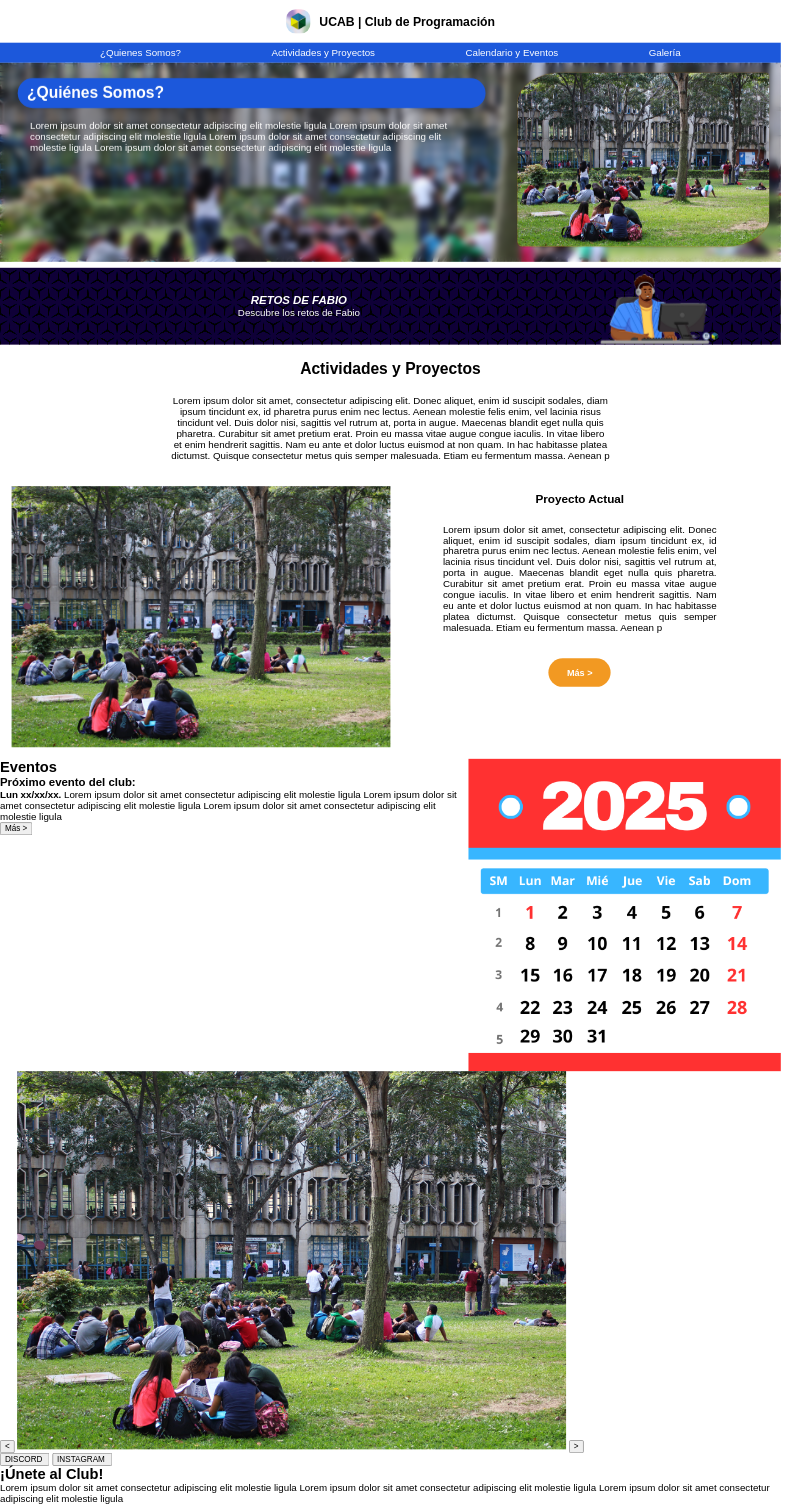
Repository: LuisR404/LandingPage
Page: Pages/QuienesSomos.html
These files come from the project's save history. The page is drawn as it stood at one moment and after the next save; the edit follows.
The browser window is 1280 px wide. The page is 1280 px wide, then 1318 px, so the pictures cover 1318 px, including what lies to the right of the window. The pictures show the whole page, at 61% of full size.

Above is the page before, as saved 2025-11-10 14:11:54.

### Pages/QuienesSomos.html
<!DOCTYPE html>
<html lang="es">
<head>
    <meta charset="UTF-8">
    <meta name="viewport" content="width=device-width, initial-scale=1.0">
    <link rel="stylesheet" href="../Styles/CommonStyles.css">   <!-- ESTILOS GENERALES -->
    <link rel="stylesheet" href="../Styles/QuienesSomos.css">   <!-- ESTILOS DE LA PÁGINA -->
    <title>Quienes Somos</title>
</head>

<body>
    <!-- TITULO -->
    <section class="header">
        <img src="../resources/club_icon.jpg" alt="" id="header-logo">
        <h1>UCAB | Club de Programación</h1>
    </section>

    <!-- NAV BAR -->
    <nav class="header-nav">
        <ul>
            <li><a href="./QuienesSomos.html">¿Quienes Somos?</a></li>
            <li><a href="./ActividadesYProyectos.html">Actividades y Proyectos</a></li>
            <li><a href="./CalendarioYEventos.html">Calendario y Eventos</a></li>
            <li><a href="./Galeria.html">Galería</a></li>
        </ul>
    </nav>

    <!-- QUIENES SOMOS -->
    <section class="quienes-somos">
        <div class="container">
            <div id="quienes-somos-text">
                <h2>¿Quiénes Somos?</h2>
                <p>
                    Lorem ipsum dolor sit amet consectetur adipiscing elit molestie ligula
                    Lorem ipsum dolor sit amet consectetur adipiscing elit molestie ligula
                    Lorem ipsum dolor sit amet consectetur adipiscing elit molestie ligula
                    Lorem ipsum dolor sit amet consectetur adipiscing elit molestie ligula
                </p>
            </div>

            <div id="quienes-somos-img">
                <img src="../resources/test_img.jpg" alt="">
            </div>
        </div>
    </section>

    <!-- RETOS DE FABIO -->
    <section class="retos-fabio">
        <div>
            <h3><i>RETOS DE FABIO</i></h3>
            <p>Descubre los retos de Fabio</p>
        </div>

        <img src="../resources/fabio.png" alt="">
    </section>

    <!-- ACTIVIDADES Y PROYECTOS -->
    <section class="actividades-proyectos">
        <h2>Actividades y Proyectos</h2>

        <p>
            Lorem ipsum dolor sit amet, consectetur adipiscing elit. Donec aliquet,
            enim id suscipit sodales, diam ipsum tincidunt ex, id pharetra purus enim nec lectus.
            Aenean molestie felis enim, vel lacinia risus tincidunt vel. Duis dolor nisi, sagittis
            vel rutrum at, porta in augue. Maecenas blandit eget nulla quis pharetra. Curabitur sit amet pretium erat.
            Proin eu massa vitae augue congue iaculis. In vitae libero et enim hendrerit sagittis.
            Nam eu ante et dolor luctus euismod at non quam. In hac habitasse platea dictumst.
            Quisque consectetur metus quis semper malesuada. Etiam eu fermentum massa. Aenean p
        </p>

        <div class="proyecto">
            <img src="../resources/test_img.jpg" alt="">

            <div>

                <h3>Proyecto Actual</h3>

                <p>
                    Lorem ipsum dolor sit amet, consectetur adipiscing elit. Donec aliquet,
                    enim id suscipit sodales, diam ipsum tincidunt ex, id pharetra purus enim nec lectus.
                    Aenean molestie felis enim, vel lacinia risus tincidunt vel. Duis dolor nisi, sagittis
                    vel rutrum at, porta in augue. Maecenas blandit eget nulla quis pharetra. Curabitur sit amet pretium erat.
                    Proin eu massa vitae augue congue iaculis. In vitae libero et enim hendrerit sagittis.
                    Nam eu ante et dolor luctus euismod at non quam. In hac habitasse platea dictumst.
                    Quisque consectetur metus quis semper malesuada. Etiam eu fermentum massa. Aenean p
                </p>

                <button>Más ></button>
            </div>
        </div>
    </section>

    <!-- EVENTOS -->
    <section class="eventos">
        <div>

            <h2>Eventos</h2>

            <h3>Próximo evento del club:</h3>

            <p>
                <b>Lun xx/xx/xx.</b>
                Lorem ipsum dolor sit amet consectetur adipiscing elit molestie ligula
                Lorem ipsum dolor sit amet consectetur adipiscing elit molestie ligula
                Lorem ipsum dolor sit amet consectetur adipiscing elit molestie ligula
            </p>

            <button>Más ></button>

        </div>

        <img src="../resources/calendario_test_img.png" alt="">
    </section>

    <!-- CARRUSEL -->
    <section>
        <button><</button>

        <img src="../resources/test_img.jpg" alt="">

        <button>></button>
    </section>

    <!-- UNETE -->
    <section>
        <div>
            <button>DISCORD <img src="" alt=""></button>
            <button>INSTAGRAM <img src="" alt=""></button>
        </div>

        <div>
            <h2>¡Únete al Club!</h2>

            <p>
                Lorem ipsum dolor sit amet consectetur adipiscing elit molestie ligula
                Lorem ipsum dolor sit amet consectetur adipiscing elit molestie ligula
                Lorem ipsum dolor sit amet consectetur adipiscing elit molestie ligula
            </p>
        </div>
    </section>

</body>
</html>

### Styles/CommonStyles.css
/* ============ ESTILOS DE PAGINA ============ */
* {
    font-family: Arial, Helvetica, sans-serif;
    margin: 0;
}

img {
    max-width: 100% ;
}

/* ============ HEADER ============ */
.header {
    display: flex;
    justify-content: center;
    align-items: center;

    padding-top: 15px;
    padding-bottom: 15px;
}

.header h1 {  /* ------> titulo */
    font-size: clamp(17px, 4vw, 20px);
    white-space: nowrap;

    margin-left: 15px;
}

#header-logo {  /* ------> logo */
    width: clamp(32px, 7vw, 40px);
    height: clamp(32px, 7vw, 40px);

    border-radius: 40%;
}

/* ========== NAV BAR ========== */
.header-nav {
    display: flex;
    justify-content: center;

    padding-top: 7.5px;
    padding-bottom: 7.5px;


    background-color: #1C58DB;
}

.header-nav ul {  /* ------> lista */
    display: flex;
    flex-direction: row;
    justify-content: space-around;

    width: 1100px;

    padding: 0;

    list-style: none;
}

.header-nav ul li a {  /* ------> links */
    text-decoration: none;
    color: white;
}

### Styles/QuienesSomos.css
/* =========== QUIENES SOMOS =========== */

.quienes-somos {
    display: flex;
    justify-content: center;

    width: 100%;

    background-image: url(../resources//test_img.jpg);
    background-position: center;
    background-size: 100%;
    background-color: grey
}

.quienes-somos .container {
    display: grid;
    grid-template-rows: 1fr;
    grid-template-columns: 2fr 1fr;

    width: 100%;

    padding-top: clamp(5px, 1.2vw, 25px);
    padding-bottom: clamp(10px, 1.5vw, 30px);
    padding-left: clamp(2px, 1.5vw, 30px);
    padding-right: clamp(2px, 1.5vw, 30px);

    backdrop-filter: blur(5px);
}

/* -----------> texto <----------- */

#quienes-somos-text {  /* ----------> contenedor */
    display: flex;
    flex-direction: column;

    padding: 10px 4vw 10px 10px;
}


#quienes-somos-text h2 { /* ----------> subtitulo */
    font-size: clamp(20px, 2vw, 30px);
    font-weight: 800;
    white-space: nowrap;
    color: white;

    padding: 10px 15px 10px 15px;
    margin-bottom: 20px;

    border-radius: 30px;

    background-color: #1C58DB;
}

#quienes-somos-text p { /* ----------> parrafo */
    font-size: auto;
    color: white;

    justify-content: center;

    padding: 0px 20px;
}

/* -----------> imagen <----------- */

#quienes-somos-img { /* ----------> contenedor */
    width: 100%;
    height: auto;

    align-content: center;

    overflow: hidden;
}

#quienes-somos-img img{  /* ----------> imagen */
    width: 100%;
    height: auto;

    border: 1px solid   rgba(0, 0, 0, 0.2);
    border-radius: 18% 10px 18% 10px;

    background-color: rgba(255, 162, 0, 0.258);

    aspect-ratio: auto;
    object-fit: cover;
}

/* -----------> media queries <----------- */

@media (max-width: 600px) {

    .quienes-somos .container {
        grid-template-columns: 1fr; /* ------> ajusta la disposicion del grid */
    }

    #quienes-somos-img {
        display: none; /* --------> invisibiliza la imagen */
    }
}


/* =========== RETOS DE FABIO =========== */

.retos-fabio {
    display: grid;
    grid-template-columns: 1fr 300px;

    text-wrap: nowrap;

    margin-top: 10px;

    background-color: rgb(20, 0, 67);
    background-image: url('../resources/textura.jpg');
    background-size:15vw;
    background-blend-mode:color-burn;
}

/* -----------> texto <----------- */
.retos-fabio div {
    text-align: center;
    align-self: center;
    color: white;
    width: 100%;
}

/* -----------> imagen <----------- */
.retos-fabio img {
    justify-self: end;

    max-width: 200px;
    height: auto;

    margin-right: 100px;
    margin-top: 10px;
}

/* -----------> efecto hover <----------- */
.retos-fabio:hover {
    cursor: pointer;
}

/* -----------> media queries <----------- */

@media (max-width: 600px) {
    .retos-fabio {  /* ----------> ajusta la disposicion del grid */
        grid-template-columns: 1fr;
    }

    .retos-fabio img {  /* ----------> desaparece la imagen */
        display: none;
    }

    .retos-fabio div {  /* ----------> ajusta el texto y el margen */
        font-size: 12px;

        padding: 10px;
    }
}


/* =========== ACTIVIDADES Y PROYECTOS =========== */

.actividades-proyectos {
    display: flex;
    flex-direction: column;

    padding-top: clamp(5px, 1.2vw, 25px);
    padding-bottom: clamp(10px, 1.5vw, 30px);
    padding-left: clamp(2px, 1.5vw, 30px);
    padding-right: clamp(2px, 1.5vw, 30px);

}

.actividades-proyectos h2 {  /* ----------> subtitulo */
    font-size: clamp(20px, 2vw, 30px);
    font-weight: 800;
    text-align: center;
    white-space: nowrap;

    padding: 10px 15px 10px 15px;
    margin-bottom: 20px;
}

.actividades-proyectos p {  /* ----------> parrafo */
    text-align: center;
    text-wrap: balance;

    align-self: center;

    max-width: 60%;

    margin-bottom: 40px;
}

/* -----------> proyecto <----------- */

.proyecto {
    display: grid;
    grid-template-rows: 1fr;
    grid-template-columns: 1fr 1fr;
}

/* ----------->> imagen <<----------- */

.proyecto img {
    justify-self: right;
}

/* ----------->> texto <<----------- */

.proyecto div {  /* ----------> contenedor */
    display: flex;
    flex-direction: column;
    justify-self: left;

    padding-left: 30px;
    padding-right: 30px;
}

.proyecto div h3 {  /* ----------> subtitulo */
    font-size: clamp(15px, 1.5vw, 25px);
    font-weight: 800;
    text-align: center;
    white-space: nowrap;

    padding: 10px 15px 10px 15px;
    margin-bottom: 20px;
}

.proyecto div p {  /* ----------> parrafo */
    text-align: justify;
    hyphenate-limit-chars: 2;
    text-wrap: balance;

    align-self: center;

    max-width: 80%;

    margin-bottom: 40px;
}

.proyecto div button {  /* ----------> boton mas */
    font-size: 15px;
    font-weight: 800;
    color: white;

    align-self: center;

    width: fit-content;

    padding: 15px 30px;

    border: none;
    border-radius: 25px;
    background-color: #F29922;
}

/* =========== EVENTOS =========== */

.eventos {
    display: flex;
}

After the next save:
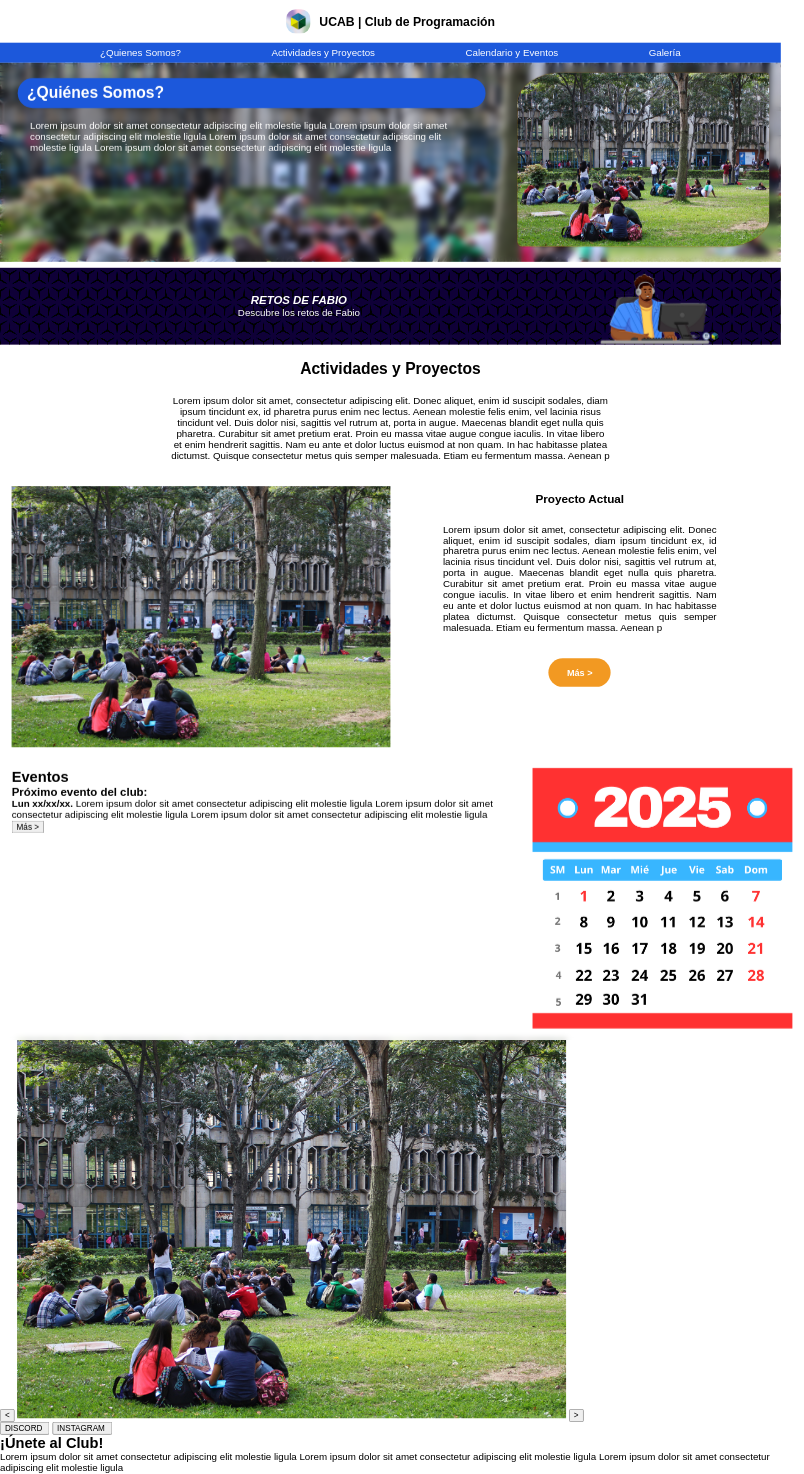
Saved 38 s later.
--- a/Styles/QuienesSomos.css
+++ b/Styles/QuienesSomos.css
@@ -257,5 +257,16 @@
 /* =========== EVENTOS =========== */
 
 .eventos {
-    display: flex;
-}
+    display: grid;
+    grid-template-rows: 1fr;
+    grid-template-columns: 2fr 1fr;
+
+    width: 100%;
+
+    padding-top: clamp(5px, 1.2vw, 25px);
+    padding-bottom: clamp(10px, 1.5vw, 30px);
+    padding-left: clamp(2px, 1.5vw, 30px);
+    padding-right: clamp(2px, 1.5vw, 30px);
+
+    backdrop-filter: blur(5px);
+}
